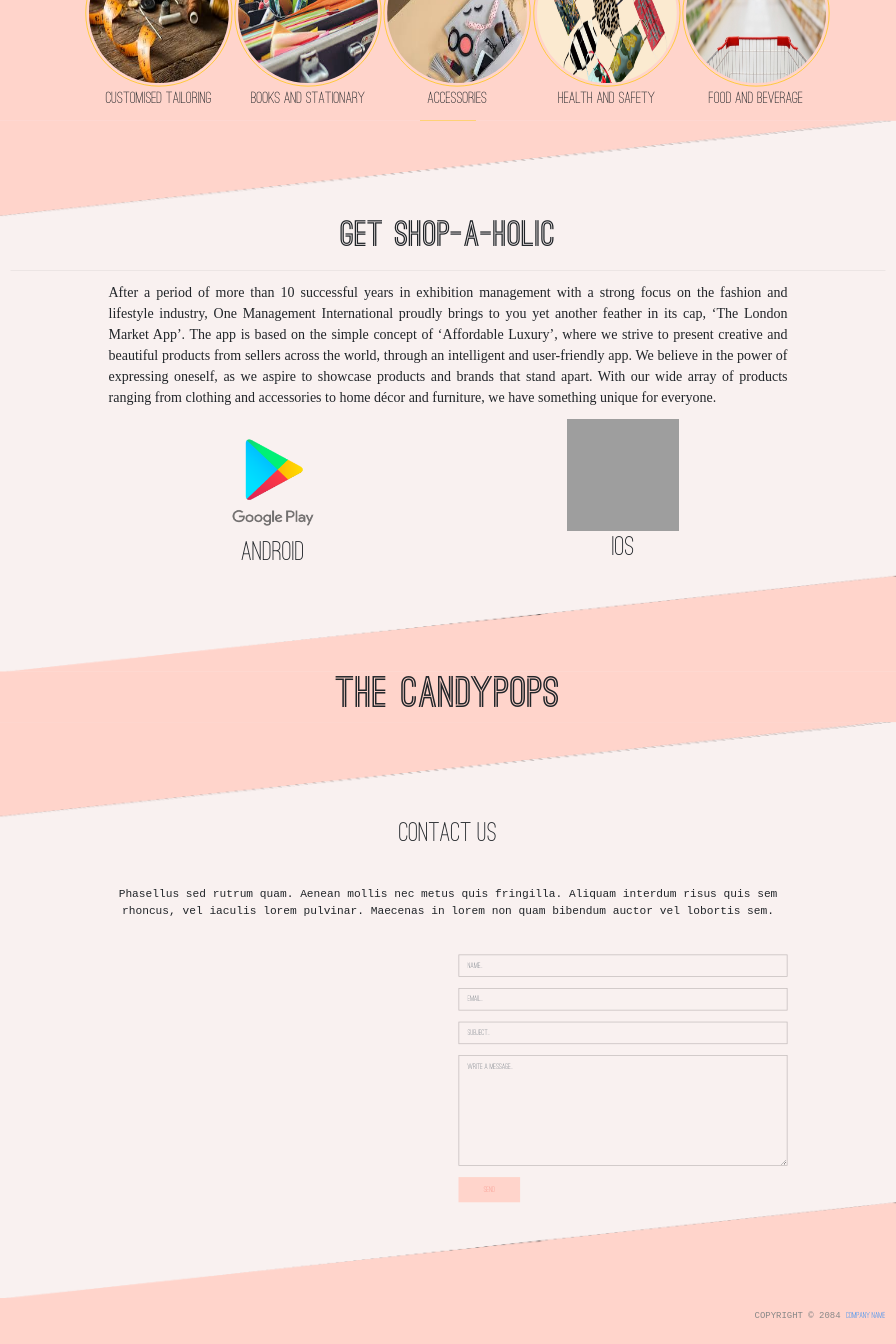
Repository: Demonster1999/newshoperrepo
Page: index.html
An editor plug-in stored every save of this project. The page is shown before and after the next save, followed by the edit.
The browser window is 1280 px wide. The pictures show the part of the page from y = 2462 to 4382 px (the page is 4382 px tall before and 4322 px after), at 70% of full size.
Pictures or frames that could not be fetched are drawn as grey boxes. Some web libraries are served in a nearby version.

Above is the page before, as saved 2020-07-21 15:17:51.
Console error: TypeError: Cannot read properties of null (reading 'getContext')

### index.html
<!DOCTYPE html>
<head>
	<meta charset="UTF-8">
	<title>London Market</title>
	<meta name="keywords" content="" />
	<meta name="description" content="" />
    <meta name="viewport" content="width=device-width, initial-scale=1.0">
    <!--
    	Roller Template
		http://www.london-market.com/preview/london-market_424_roller
	-->
	<link rel="stylesheet" href="https://fonts.googleapis.com/css2?family=Great+Vibes">
	<link href="http://fonts.googleapis.com/css?family=Open+Sans:300,400,700" rel="stylesheet" type="text/css">
	<!-- <link href="css/font-awesome.min.css" rel="stylesheet">FontAwesome Icons -->
	<link rel="stylesheet" href="https://cdnjs.cloudflare.com/ajax/libs/font-awesome/5.14.0/css/all.min.css"
		integrity="sha512-1PKOgIY59xJ8Co8+NE6FZ+LOAZKjy+KY8iq0G4B3CyeY6wYHN3yt9PW0XpSriVlkMXe40PTKnXrLnZ9+fkDaog=="
		crossorigin="anonymous" />
	<link rel="stylesheet" href="https://maxcdn.bootstrapcdn.com/bootstrap/4.0.0/css/bootstrap.min.css" integrity="sha384-Gn5384xqQ1aoWXA+058RXPxPg6fy4IWvTNh0E263XmFcJlSAwiGgFAW/dAiS6JXm" crossorigin="anonymous">
	<link rel="stylesheet" href="fonts/ostrich-sans.css">
	<link href="css/LondonMarket.css" rel="stylesheet" type="text/css">
	<link rel="stylesheet" href="css/into-to-app.css">
	<link rel="stylesheet" href="css/navbar.css">
	<link rel="stylesheet" href="css/carousel.css">

</head>
<body>
	<nav class="navbar custom-nav sticky-top p-0 m-0 ">
		<a class="navbar-brand mx-auto text-white" style="font-family: Great Vibes; font-size: 40px;" href="#">London Market</a>

	  </nav>

	<nav class="navbar third-nav navbar-expand-lg navbar-light bg-light">
		<div class="container">
			<button class="navbar-toggler navbar-toggler-icon" type="button" data-toggle="collapse" data-target="#navbarSupportedChontent"
			aria-controls="navbarSupportedContent" aria-expanded="false" aria-label="Toggle navigation">
			<span class=""></span>
		</button>


		<div class="collapse navbar-collapse" id="navbarSupportedContent">
			<ul class="navbar-nav  mr-auto text-center">

				<li class="nav-item">
					<a class=" " href="#">Register</a>
				</li>
				<li class="nav-item ">
					<a class="" href="#">login</a>
				</li>


		</div>
		<div class="  mr-auto ">
			<!-- social icons  -->
			<button class="fab fa-facebook-f"></button>
			<button class="fab fa-twitter"></button>
			<button class="fab fa-linkedin-in"></button>
			<button class="fab fa-instagram"></button>
			<button class="fab fa-youtube"></button>
		</div>
		</div>

	</nav>


	<!-- nav with dots  -->
	<nav class="nav">
        <ul>
            <li class="dot1 active" id="ec1" data-toggle="tooltip" data-placement="left" title="Tooltip on left"></li>
            <li class="dot2" id="ec2" data-toggle="tooltip" data-placement="left" title="Tooltip on left"></li>
            <li class="dot3" id="ec3"  data-toggle="tooltip" data-placement="left" title="Tooltip on left"></li>
			<li class="dot4" id="ec4"  data-toggle="tooltip" data-placement="left" title="Tooltip on left"></li>
			<li class="dot5" id="ec5"  data-toggle="tooltip" data-placement="left" title="Tooltip on left"></li>
			<li class="dot5" id="ec5"  data-toggle="tooltip" data-placement="left" title="Tooltip on left"></li>
        </ul>
    </nav>

		<section class="" id="home">
			<div id="demo" class="carousel slide" data-ride="carousel">
				<ul class="carousel-indicators">
					<li data-target="#demo" data-slide-to="0" class="active"></li>
					<li data-target="#demo" data-slide-to="1"></li>
					<li data-target="#demo" data-slide-to="2"></li>
					<!-- <li data-target="#demo" data-slide-to="3"></li> -->
				</ul>
				<div class="carousel-inner">
					<div class="carousel-item active">
						<img src="images/carousel/carousel1.jpg" alt="Los Angeles"   >
						<div class="carousel-caption">
							<h3>Los Angeles</h3>
							<p>We had such a great time in LA!</p>
						</div>
					</div>
					<div class="carousel-item">
						<img src="images/carousel/carousel4.jpg" alt="Chicago"  >
						<div class="carousel-caption">
							<h3>Chicago</h3>
							<p>Thank you, Chicago!</p>
						</div>
					</div>
					<div class="carousel-item">
						<img src="images/carousel/cp11.jpg" alt="Chicago" >
						<div class="carousel-caption">
							<h3>Chicago</h3>
							<p>Thank you, Chicago!</p>
						</div>
					</div>
					<!-- <div class="carousel-item">
						<img src="images/images/lmimages/Adobe_20200716_143015.png" alt="Chicago">
						<div class="carousel-caption">
							<h3>Chicago</h3>
							<p>Thank you, Chicago!</p>
						</div>
					</div> -->
					<!-- <div class="carousel-item">
						<img src="images/carousel/carousel3.jpg" alt="New York" class=" w-100" style="height: 300px; max-height: 500px;">
						<div class="carousel-caption">
							<h3>New York</h3>
							<p>We love the Big Apple!</p>
						</div>
					</div> -->
				</div>
				<a class="carousel-control-prev" href="#demo" data-slide="prev">
					<span class="carousel-control-prev-icon"></span>
				</a>
				<a class="carousel-control-next" href="#demo" data-slide="next">
					<span class="carousel-control-next-icon"></span>
				</a>
			</div>
		</section>

<section class=" intro-to-app container-fluid">
	<img src="images/tm-border-black-top.png" class="w-100 img-top" alt="">
	<div class="container-fluid text-center ">

		<img src="images/images/lmimages/lm.png" class="p-0 m-0" width=200px height="200px" alt="" >
		<h1 class="mx-auto  "> Get Shop-a-holic</h1>

		<hr>


		<div class="container ">
			<p class="lead text-justify">After a period of more than 10 successful years in exhibition management with a strong focus on the fashion and
			lifestyle industry, One Management International proudly brings to you yet another feather in its cap, ‘The London
			Market App’.
			The app is based on the simple concept of ‘Affordable Luxury’, where we strive to present creative and beautiful
			products from sellers across the world, through an intelligent and user-friendly app. We believe in the power of
			expressing oneself, as we aspire to showcase products and brands that stand apart. With our wide array of products
			ranging from clothing and accessories to home décor and furniture, we have something unique for everyone.
</p>
               <div class="row">
<div class="col-md-6 p-2 text-center">
	<a href="https://play.google.com/store/apps/details?id=com.prpwebs.londonmarket" class="h1"> <img src="images/logos/play store.png" class=" " width="160px" height="160px" alt="play">
		<center> Android</center>
	</a>
</div>
<div class="col-md-6 text-center">
	<a href="" class="h1"> <img src="images/logos/hiclipart.com.png" class=" " width="160px" height="160px" alt="app">
		<center>ios</center>
	</a>

</div>
			   </div>

		</div>
	</div>
	<img src="images/tm-border-black-bottom.png" class="w-100 imgbottom" alt="">
</section>


<section class="tm-dark-bg tm-section" id="portfolio">
			<div class="container-fluid">

<h1 style="font-weight: bold; font-size: 60px;" class="text-center"> The App Offers  </h1>
<div class="  row text-center mt-5 ">
	<div class="col-md-1"></div>
	<div class="col-md-2 text-center mt-5  ">
		<div class="tm-img-circle-border mx-auto ">
			<img src="images/category/display category/Women clothing.jpg" alt="Testimonial 1" class="img-circle tm-img-testimonial">
			<h4 class=" mt-2 "> Women clothing </h4>
		</div>
	</div>
	<div class="col-md-2 text-center mt-5 ">
		<div class="tm-img-circle-border mx-auto ">
			<img src="images/category/display category/children.jpg" alt="Testimonial 2" class="img-circle tm-img-testimonial">
			<h4 class=" mt-2 "> Children clothing</h4>
		</div>
	</div>
	<div class="col-md-2 text-center mt-5 ">
		<div class="tm-img-circle-border mx-auto ">
			<img src="images/category/display category/umens.jpeg" alt="Testimonial 3" class="img-circle tm-img-testimonial">
			<h4 class=" mt-2 "> Menswear </h4>
		</div>

	</div>
	<div class="col-md-2 text-center mt-5 ">
		<div class="tm-img-circle-border mx-auto ">
			<img src="images/category/display category/Jewellery.jpg" alt="Testimonial 4" class="img-circle tm-img-testimonial">
			<h4 class=" mt-2 "> Jewellery</h4>
		</div>
	</div>
	<div class="col-md-2 text-center mt-5 ">
		<div class="tm-img-circle-border mx-auto ">
			<img src="images/category/display category/Footwear.jpg" alt="Testimonial 5" class="img-circle tm-img-testimonial">
			<h4 class=" mt-2 "> foot wear </h4>
		</div>
	</div>
	<div class="col-md-1"></div>
</div>
<hr class="tm-author-name-underline mt-5">
<div class="  row text-center mt-5 ">
	<div class="col-md-1"></div>
	<div class="col-md-2 text-center mt54 ">
		<div class="tm-img-circle-border mx-auto ">
			<img src="images/category/display category/Decor & Linen.jpg" alt="Testimonial 1" class="img-circle tm-img-testimonial">
			<h4 class=" mt-2 "> Decor & Linen </h4>
		</div>
	</div>
	<div class="col-md-2 text-center mt-5 ">
		<div class="tm-img-circle-border mx-auto ">
			<img src="images/category/display category/Handicrafts.jpg" alt="Testimonial 2" class="img-circle tm-img-testimonial">
			<h4 class=" mt-2 "> Handicrafts </h4>
		</div>
	</div>
	<div class="col-md-2 text-center mt-5 ">
		<div class="tm-img-circle-border mx-auto  ">
			<img src="images/category/display category/Furniture.jpg" alt="Testimonial 3" class="img-circle tm-img-testimonial">
			<h4 class=" mt-2 "> Furniture</h4>
		</div>

	</div>
	<div class="col-md-2 text-center mt-5 ">
		<div class="tm-img-circle-border mx-auto ">
			<img src="images/category/display category/Beauty.jpg" alt="Testimonial 4" class="img-circle tm-img-testimonial">
			<h4 class=" mt-2 "> Beauty </h4>
		</div>
	</div>
	<div class="col-md-2 text-center mt-5 ">
		<div class="tm-img-circle-border mx-auto ">
			<img src="images/category/display category/Flowers & Gifting.jpg" alt="Testimonial 5" class="img-circle tm-img-testimonial">
			<h4 class=" mt-2 "> Flowers and Gifting </h4>
		</div>
	</div>
</div>
<hr class="tm-author-name-underline mt-5">
<div class="  row text-center mt-5 ">
	<div class="col-md-1"></div>
	<div class="col-md-2 text-center mt-5 ">
		<div class="tm-img-circle-border mx-auto ">
			<img src="images/category/display category/Customised Tailoring.jpg" alt="Testimonial 1" class="img-circle tm-img-testimonial">
			<h4 class=" mt-2 "> Customised Tailoring</h4>
		</div>
	</div>
	<div class="col-md-2 text-center mt-5 ">
		<div class="tm-img-circle-border mx-auto ">
			<img src="images/category/display category/books and stationary.jpg" alt="Testimonial 2" class="img-circle tm-img-testimonial">
			<h4 class=" mt-2 "> books and Stationary </h4>
		</div>
	</div>
	<div class="col-md-2 text-center mt-5 ">
		<div class="tm-img-circle-border mx-auto  ">
			<img src="images/category/display category/Accessories.jpg" alt="Testimonial 3" class="img-circle tm-img-testimonial">
			<h4 class=" mt-2 "> Accessories </h4>
		</div>

	</div>
	<div class="col-md-2 text-center mt-5 ">
		<div class="tm-img-circle-border mx-auto ">
			<img src="images/category/display category/health & safety.jpg" alt="Testimonial 4" class="img-circle tm-img-testimonial">
			<h4 class=" mt-2 "> Health and Safety </h4>
		</div>
	</div>
	<div class="col-md-2 text-center mt-5 ">
		<div class="tm-img-circle-border mx-auto ">
			<img src="images/category/display category/f&b.jpg" alt="Testimonial 5" class="img-circle tm-img-testimonial">
			<h4 class=" mt-2 "> Food and beverage </h4>
		</div>
	</div>
	<div class="col-md-1"></div>
</div>
<hr class="tm-author-name-underline mt-5">

					</div>
		</section> <!-- portfolio -->

<section class=" intro-to-app container-fluid">
	<img src="images/tm-border-black-top.png" class="w-100 img-top" alt="">
	<div class="container-fluid text-center ">

		<!-- <img src="images/images/lmimages/lm.png" class="p-0 m-0" width=200px height="200px" alt=""> -->
		<h1 class="mx-auto  "> Get Shop-a-holic</h1>

		<hr>


		<div class="container ">
			<p class="lead text-justify">After a period of more than 10 successful years in exhibition management with a
				strong focus on the fashion and
				lifestyle industry, One Management International proudly brings to you yet another feather in its cap,
				‘The London
				Market App’.
				The app is based on the simple concept of ‘Affordable Luxury’, where we strive to present creative and
				beautiful
				products from sellers across the world, through an intelligent and user-friendly app. We believe in the
				power of
				expressing oneself, as we aspire to showcase products and brands that stand apart. With our wide array
				of products
				ranging from clothing and accessories to home décor and furniture, we have something unique for
				everyone.
			</p>
			<div class="row">
				<div class="col-md-6 p-2 text-center">
					<a href="https://play.google.com/store/apps/details?id=com.prpwebs.londonmarket" class="h1"> <img
							src="images/logos/play store.png" class=" " width="160px" height="160px" alt="play">
						<center> Android</center>
					</a>
				</div>
				<div class="col-md-6 text-center">
					<a href="" class="h1"> <img src="images/logos/hiclipart.com.png" class=" " width="160px"
							height="160px" alt="app">
						<center>ios</center>
					</a>

				</div>
			</div>

		</div>
	</div>
	<img src="images/tm-border-black-bottom.png" class="w-100 imgbottom" alt="">
</section>

<section class="tm-dark-bg tm-section" id="portfolio">
	<div class="container-fluid">

		<h1 style="font-weight: bold; font-size: 60px;" class="text-center"> The Candypops </h1>
	</div>
</section> <!-- portfolio -->

<section class="tm-section tm-orange-bg" id="contact" >
			<img src="images/tm-border-black-top.png" alt="Border" class="tm-border">
			<div class="container">
				<h1 class="text-uppercase text-center">Contact Us</h1>
				<p class="text-center margin-top-50">Phasellus sed rutrum quam. Aenean mollis nec metus quis fringilla. Aliquam interdum risus quis sem rhoncus, vel iaculis lorem pulvinar. Maecenas in lorem non quam bibendum auctor vel lobortis sem.</p>
				<div class="row margin-top-50">
					<div class="col-lg-6 col-md-6 col-sm-6 col-xs-12">
						<div id="map-canvas"></div>
					</div>
					<div class="col-lg-6 col-md-6 col-sm-6 col-xs-12">
						<form action="#" method="post" class="tm-contact-form">
							<div class="form-group">
								<input type="text" id="contact_name" class="form-control" placeholder="NAME..." />
							</div>
							<div class="form-group">
								<input type="text" id="contact_email" class="form-control" placeholder="EMAIL..." />
							</div>
							<div class="form-group">
								<input type="text" id="contact_subject" class="form-control" placeholder="SUBJECT..." />
							</div>
							<div class="form-group">
								<textarea id="contact_message" class="form-control" rows="8" placeholder="WRITE A MESSAGE..."></textarea>
							</div>
							<button type="submit" class="btn text-uppercase tm-dark-bg tm-orange-text tm-send-btn">Send</button>
						</form>
					</div>
				</div>
			</div>
			<img src="images/tm-border-black-bottom.png" alt="Border" class="tm-border">
		</section> <!-- contact -->


	<footer class="text-right tm-dark-bg">
		<p class="text-uppercase container small">Copyright &copy; 2084 <a href="#">Company Name</a></p>
	</footer>
	<script src="js/jquery-1.11.1.min.js" ></script>
	<!-- <script src="https://code.jquery.com/jquery-3.5.1.min.js"
		integrity="sha256-9/aliU8dGd2tb6OSsuzixeV4y/faTqgFtohetphbbj0=" crossorigin="anonymous"></script> -->
		<script src="https://cdnjs.cloudflare.com/ajax/libs/font-awesome/5.14.0/js/all.min.js"
			integrity="sha512-YSdqvJoZr83hj76AIVdOcvLWYMWzy6sJyIMic2aQz5kh2bPTd9dzY3NtdeEAzPp/PhgZqr4aJObB3ym/vsItMg=="
			crossorigin="anonymous"></script>
<script src="https://cdnjs.cloudflare.com/ajax/libs/popper.js/1.12.9/umd/popper.min.js" integrity="sha384-ApNbgh9B+Y1QKtv3Rn7W3mgPxhU9K/ScQsAP7hUibX39j7fakFPskvXusvfa0b4Q" crossorigin="anonymous"></script>
<script src="https://maxcdn.bootstrapcdn.com/bootstrap/4.0.0/js/bootstrap.min.js" integrity="sha384-JZR6Spejh4U02d8jOt6vLEHfe/JQGiRRSQQxSfFWpi1MquVdAyjUar5+76PVCmYl" crossorigin="anonymous"></script>
	<script src="js/LondonMarket.js"></script>
	<script src="js/scrollnav.js"></script>
</body>
</html>

### css/into-to-app.css
.intro-to-app{

    padding: 0;
    background-color:#F9F1F0;

}
.intro-to-app img{
    display: inline;
}
.intro-to-app h1{
    font-family: ostrich sans ;
    font-weight: bold;
    display: inline;
    font-size: 50px;

}
.intro-to-app p{
    font-family: hevletica;

}
.imgbottom{
    width: 200%;
    margin: 0;

    position: relative;

}

.img-top{
    margin: 0;
    position: relative;



}

### css/navbar.css
.custom-nav {
    background-color: #e2725b;

}
.custom-nav {
    color: #fff;
    font-size: 25px;

}

/* thirdnav  */
.third-nav a{
    color: black;
    font-family: 'Lucida Sans', 'Lucida Sans Regular', 'Lucida Grande', 'Lucida Sans Unicode', Geneva, Verdana, sans-serif;
    font-weight: bold;
    color: #e2725b;
}
.third-nav ul li{
    margin-left: 10%;
    margin-right: 10%;
}
.third-nav .fa-facebook-f,.fa-twitter,.fa-linkedin-in,.fa-instagram,.fa-youtube{
 margin-left: 5px;
  margin-right: 5px;
    color:#e2725b;

}

/* thirdnav end  */

.nav {
    position: fixed;
    top: 45%;
    bottom: 30%;
    right: 0;
	width: 60px;
	z-index: 50;
}

.nav ul {
	list-style: none;
}


.nav li {
    width: 10px;
	height: 10px;
	margin: 10px;
    border-radius: 100%;
    background-color: rosybrown;
    cursor: pointer;
    transition: .5s;
}

.dot1 {
    background-color: rgb(82, 43, 43);
}

.dot2 {
    background-color: rgb(24, 73, 44);
}

.dot3 {
    background-color: rgb(73, 58, 204);
}

.dot4 {
    background-color: rgb(58, 70, 31);
}

.active {
    box-shadow: 0 0 0 3px #fffffff1, 0 0 0 6px #000;
}

### css/carousel.css
#home .carousel-inner img {
    min-width: 100%;
    min-height: 320px;
    max-height: 500px;
    max-resolution: 0;
  }


  #home .carousel-inner .carousel-caption{
    position: absolute;
    font-size: 30px;
    background-color: rgba(0,0, 0, 0.3);
    width: 100%;
    margin: 0;
    left: 0;
    right: 0;
    height: 100%;
    top: 5px;

  }

    #home .carousel-inner .carousel-caption h3{
      position: relative;
      top: 40%;
      font-family:fantasy;

      font-size: 40px;
    }
    #home .carousel-inner .carousel-caption p{
      position: relative;
      top: 42%;
      font-family: Cambria, Cochin, Georgia, Times, 'Times New Roman', serif;

    }
    .carousel-control-prev,.carousel-control-next{
      z-index: 50;
    }

Loaded but not shown: fonts/ostrich-sans.css (common file); js/jquery-1.11.1.min.js (library); js/LondonMarket.js (359 lines, source omitted); js/scrollnav.js (48 lines, source omitted); css/LondonMarket.css (434 lines, source omitted)

After the next save:
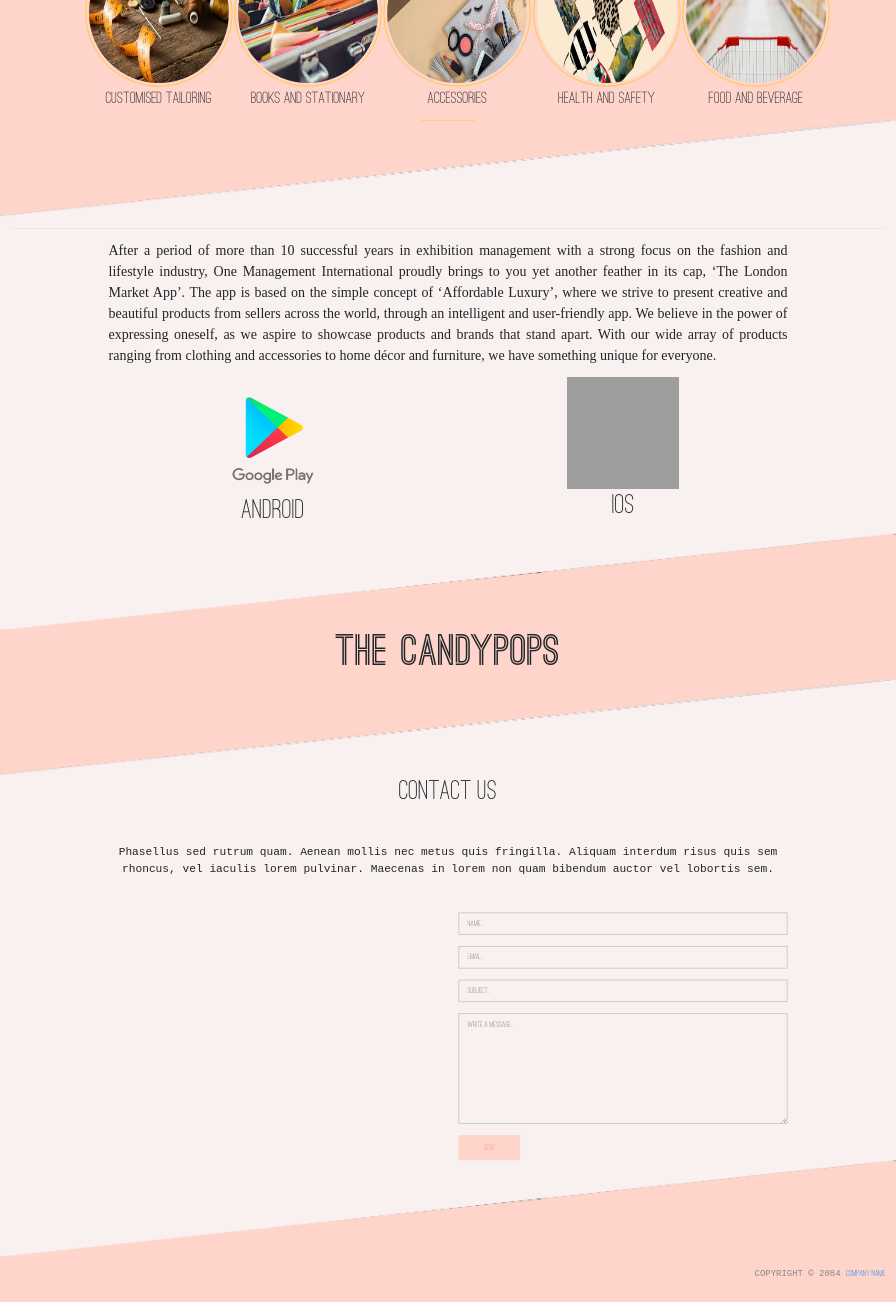
Saved 6 s later.
--- a/index.html
+++ b/index.html
@@ -287,7 +287,7 @@
 	<div class="container-fluid text-center ">
 
 		<!-- <img src="images/images/lmimages/lm.png" class="p-0 m-0" width=200px height="200px" alt=""> -->
-		<h1 class="mx-auto  "> Get Shop-a-holic</h1>
+		<h1 class="mx-auto  "> </h1>
 
 		<hr>
 

After the 4 saves that followed:
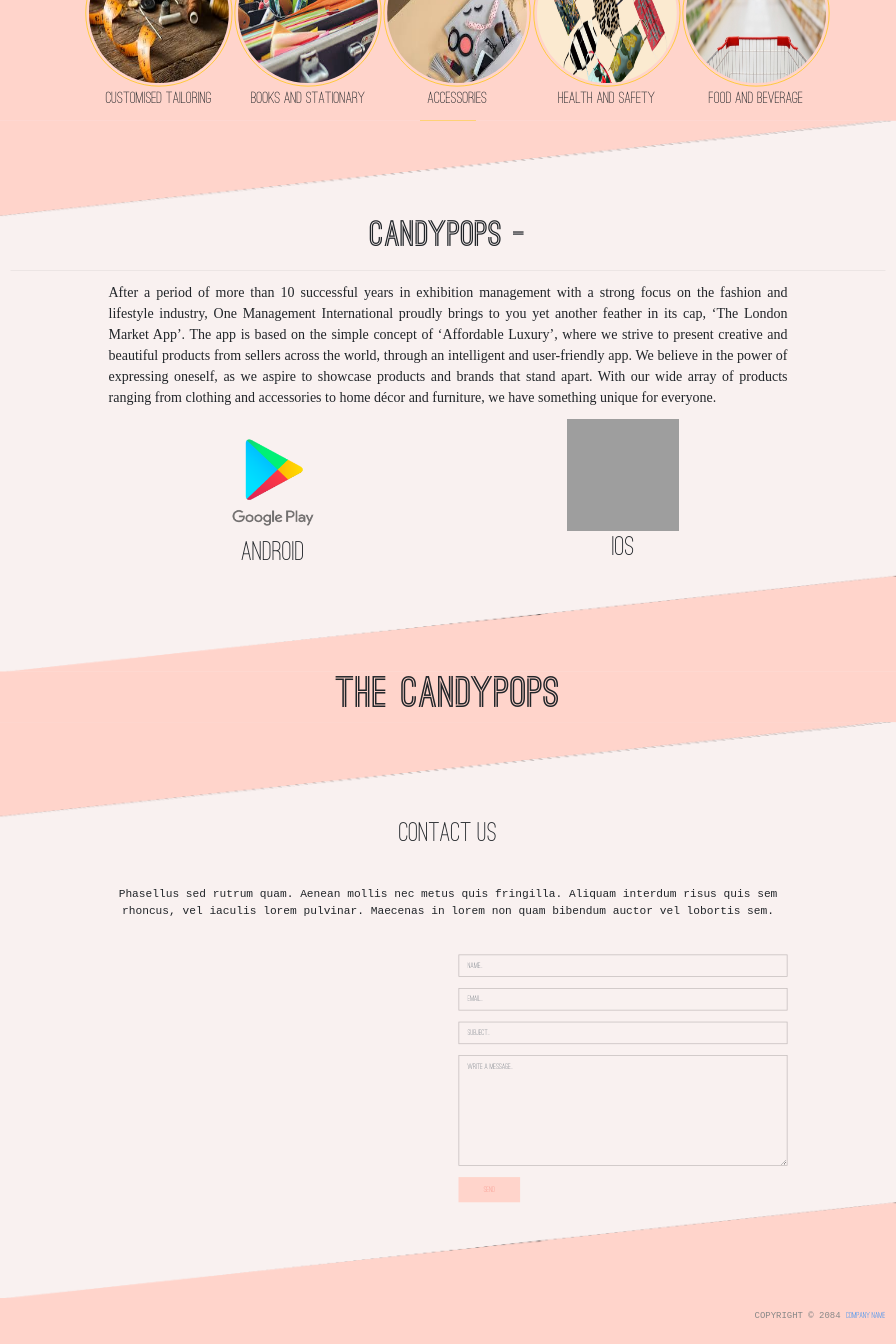
The 4 saves are shown as one change because 1 left the picture as it was and some came seconds apart.
The last was saved 2 min 15 s later.
--- a/index.html
+++ b/index.html
@@ -287,7 +287,7 @@
 	<div class="container-fluid text-center ">
 
 		<!-- <img src="images/images/lmimages/lm.png" class="p-0 m-0" width=200px height="200px" alt=""> -->
-		<h1 class="mx-auto  "> </h1>
+		<h1 class="mx-auto  "> CandyPOPS -</h1>
 
 		<hr>
 
